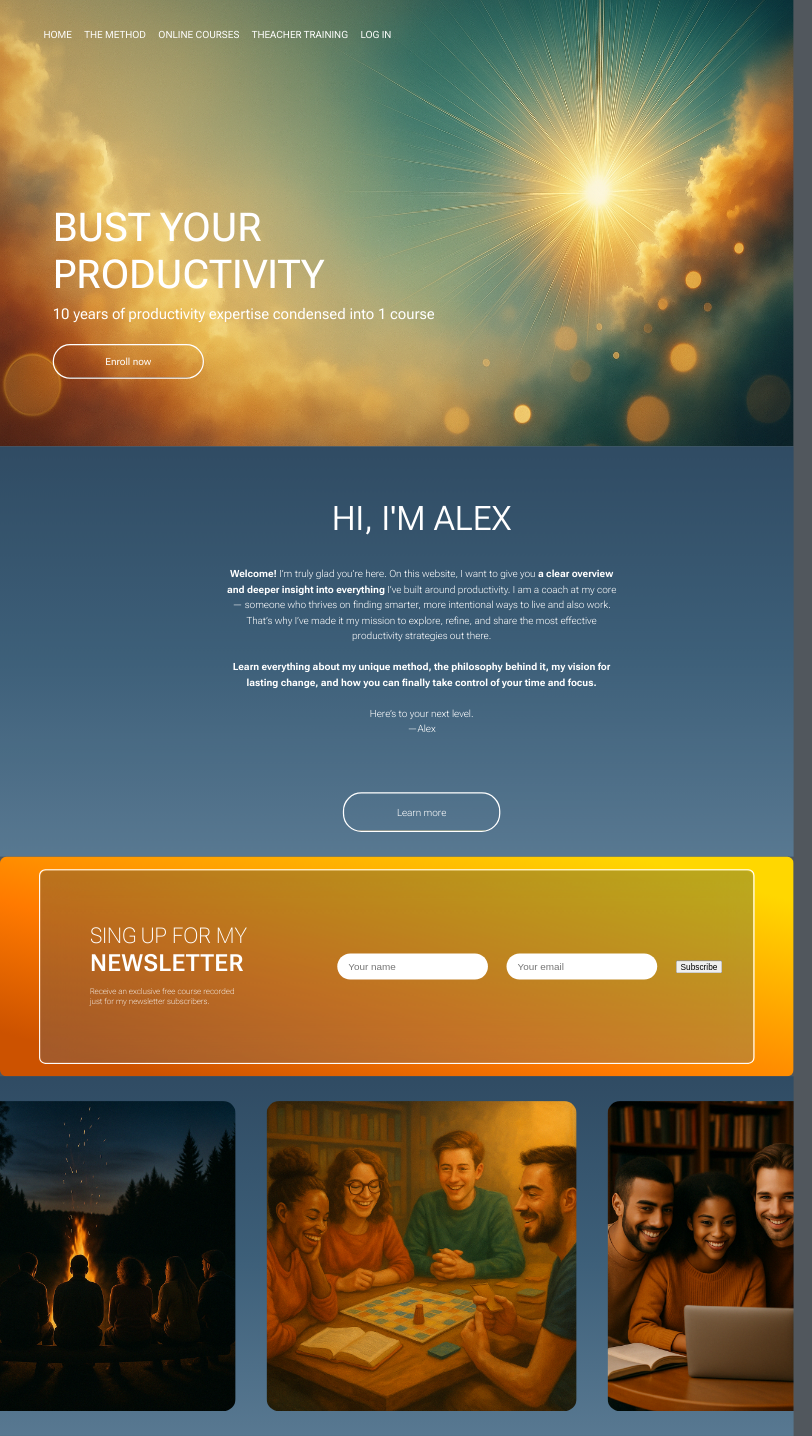
Repository: Parnicoza/testecomplete
Page: Productivity.copie.html
An editor plug-in stored every save of this project. The page is shown before and after the next save, followed by the edit.
The browser window is 1280 px wide. The page is 1310 px wide, so the pictures cover 1310 px, including what lies to the right of the window. The pictures show the whole page, at 62% of full size.

Above is the page before, as saved 2025-05-30 16:26:49.

### Productivity.copie.html
<!DOCTYPE html>
<html lang="en">

<head>
    <meta charset="utf-8">
    <title>Productivity</title>
    <link rel="stylesheet" href="stilizaretestcomplet-14.css">
    <link rel="icon" href="imaginitestecomplete/dashboard.ico">
    <link rel="stylesheet" href="peoductivitate.css">
    <meta name="viewport" content="width=device-width, initial-scale=1.0">
    <meta charset="UTF-8">
    <link rel="preconnect" href="https://fonts.googleapis.com">
    <link rel="preconnect" href="https://fonts.gstatic.com" crossorigin>
    <link href="https://fonts.googleapis.com/css2?family=Roboto+Flex:opsz,wght@8..144,100..1000&display=swap"
        rel="stylesheet">
</head>

<body>
    <header>
        <nav>
            <ul class="nav-links">
                <li><a href="">HOME</a></li>
                <li><a href="">THE METHOD </a></li>
                <li><a href="">ONLINE COURSES</a></li>
                <li><a href="">THEACHER TRAINING</a></li>
                <li><a href="">LOG IN</a></li>
            </ul>
        </nav>
    </header>
    <div class="hero-section">
        <!--Acest div este pentru a separa, cu un background , the intro of the page ,cum ar venii , fata de restul paginii-->
        <figure>
            <h1 class="main-heading-pentru-productivity"> Bust Your <br>
                Productivity</h1>
            <figcaption class="caption-for-the-heading">10 years of productivity expertise condensed into 1 course
            </figcaption>
            <a class="button" href="https://www.maltemartenmethod.com/" target="_blank"><span>Enroll now</span></a>
        </figure>
    </div>

    <div class="background-after-hero"
        style="background: linear-gradient(to bottom, #1e3c56, #2c516d, #4a6d88), rgba(255, 255, 255, 0.08); background-blend-mode: overlay; padding: 40px; margin-top: 0;">
        <div class="HIIAMALEX">
            <h2>HI, I'M ALEX</h2>
            <p>
                <b>Welcome!</b> I’m truly glad you’re here. On this website, I want to give you <b>a clear overview and
                    deeper insight into everything</b> I’ve built around productivity. I am a coach at my core — someone
                who thrives on finding smarter, more intentional ways to live and also work. That’s why I’ve made it my
                mission to explore, refine, and share the most effective productivity strategies out there.<br>

                <br><b>Learn everything about my unique method, the philosophy behind it, my vision for lasting change,
                    and how you can finally take control of your time and focus.</b><br>

                <br>Here’s to your next level.<br>
                —Alex
                <a class="learn-more-btn" href="https://www.maltemartenmethod.com/"><span>Learn more</span></a>
            </p>
        </div>
    </div>

    <div class="newsletter"><!--ACESTA ESTE BACKROUND-UL , DIN SPATE , CEL CU ROSU-->
        <div class="newsletter-text"><!--ACESTA ESTE BORDERUL/BACKGROUND-UL CU BORDER-->
            <div class="newsletter-overlay"></div>
            <div class="text">
                <!--ACEST DIV ESTE PENTRU TEXTUL PROPRIU ZIS , AICI PUN TEXTUL SI MA OC CU PROPRIETATILE LUI-->
                <p class="singup">
                    SING UP FOR MY<br>
                    <span class="span">NEWSLETTER</span><br>
                    <span style="font-size: small; display: inline-block;margin-top: 15px;">
                        Receive an exclusive free course recorded<br>
                        just for my newsletter subscribers.
                    </span>
                </p>
                <form class="newsletter-form-row">
                    <input type="text"  placeholder="Your name" required>
                    <input type="email" placeholder="Your email" required>
                    <button type="submit">Subscribe</button>
                </form>
            </div>
        </div>
    </div>

    <div class="COURSES-background">
        <div class="imaginidesprecurs">
            <a href="#"><!--AICI TREBUIE SA PUN LINKUL CARTRE VIITOAREA PAGINA--><img src="imaginitestecomplete/campfire.png" alt="Campfire Image" class="modificariimaginidecurs scroll-appear"></a><!--TREBUIE CA FIECARE IMAGINE SA DUCA LA O PAGINA NOUA-->
            <a href="#"><!--AICI TREBUIE SA PUN LINKUL CARTRE VIITOAREA PAGINA--><img src="imaginitestecomplete/fungames.png" alt="Fun Games Image" class="modificariimaginidecurs scroll-appear"></a><!--TREBUIE CA FIECARE IMAGINE SA DUCA LA O PAGINA NOUA-->
            <a href="#"><!--AICI TREBUIE SA PUN LINKUL CARTRE VIITOAREA PAGINA--><img src="imaginitestecomplete/oameniinbiblioteca.png" alt="People in Library Image" class="modificariimaginidecurs scroll-appear"></a><!--TREBUIE CA FIECARE IMAGINE SA DUCA LA O PAGINA NOUA-->
        </div>

    </div>
    <script>
        const observer = new IntersectionObserver((entries) => {
          entries.forEach(entry => {
            if (entry.isIntersecting) {
              entry.target.classList.add('show');
            }
          });
        }, {
          threshold: 0.1
        });

        document.querySelectorAll('.scroll-appear').forEach(el => observer.observe(el));
      </script>
</body>

</html>

### stilizaretestcomplet-14.css
body{
    background-color:#51575D;
}

.main-heading{
    text-align: center;
    text-transform: uppercase;
    text-shadow: 15px 15px 15px black;
    font-size: 3.5em;
    color: black;
}

.background-for-the-heading{
    background: linear-gradient(to right, #5B6770, #9CAEBF);
    margin: 20px;
    padding: 5px;
    border-radius: 10px;
    margin-left: 170px;
}

.thesamebackground{
    background-color: rgba(91, 103, 112, 0.6) ;
    margin-left: 170px;
    margin-top: 50px;
    text-align: center;
    padding: 10px;
    border-radius: 10px;
    box-shadow: 5px 5px 15px black;
    margin-right: 20px;
}

.paragraph-gradient{
    color: #ffff;
    font-size: 2em;
    -webkit-text-stroke: 0.7px black;
    text-align: center;
}

.quote{
    border: 1px dotted black;
    padding: 10px;
    margin-left: 150px;
}

.divider{
    border: none;
    height: 4px;
    background-color: lightgray;
    border: 3px dotted black;
    margin: 14px;
    margin-left: 150px;
}

.image{
    border-radius: 5px;
    box-shadow: 5px 5px 15px black;
    display: block;
    margin: 0 auto;
}

.picture{
    margin-left: 160px;
}

.Dashboard{
    display: flex;
}

.sidebar{
    display: flex;
    flex-direction: column;
   width: 140px;
   position: fixed;
   left: 0;
   top: 0;
   height: 96vh;
   justify-content: center;
   margin: 20px;
   background-color: #6A747D;
    border-radius: 10px;
    box-shadow: -5px -5px 15px black;

}

.list{
    list-style-type: none;
    display: flex;
    flex-direction: column;
    gap: 30px;
    padding: 0;
    margin-left: 10px;
}

.container{
    margin-left: 160px;
}

.divimage{
    display: block;
    margin-left: 160px;
    margin-top: 50px;

}

.figcaption{
    font-style: italic;
    font-weight: bold;
    margin: 20px;
}

.home{
    color: black;
}

.BLOCKS{
    display: flex;
    flex-direction: row;
    justify-content: space-evenly;
    gap: 20px;
}
.blocks{
    display: flex;
    flex-direction: column;
    justify-content: space-evenly;
    width: 350px;
    margin-left: 170px;
    background-color: rgba(91, 103, 112, 0.6);
    box-shadow: 5px 5px 15px black;
    border-radius: 10px;
    padding: 10px;
    margin-right: 20px;
}

.blocks2{
    display: flex;
    flex-direction: column;
    justify-content: space-evenly;
    width: 350px;
    background-color: rgba(91, 103, 112, 0.6);
    box-shadow: 5px 5px 15px black;
    border-radius: 10px;
    padding: 10px;
    margin-right: 20px;
}

.blocks3{
    display: flex;
    flex-direction: column;
    justify-content: space-evenly;
    width: 350px;
    background-color: rgba(91, 103, 112, 0.6);
    box-shadow: 5px 5px 15px black;
    border-radius: 10px;
    padding: 10px;
    margin-right: 20px;
}
.headingforblock{
    text-align: left;
    text-transform: uppercase;
    font-weight: bold;
    color: black;
    display: flex;
}

.paragraph-gradient1{
    color: #ffff;
    -webkit-text-stroke: 0.6px black;
    font-size: 25px;
    text-align: center;
}

.footer{
    margin-left: 170px;
}

.social-media{
    display: flex;
    flex-direction: row;
    justify-content: space-evenly;
    gap: 20px;
    margin-top: 250px;
}
.ul{
    list-style-type: none;
    display: flex;
    flex-direction: row;
    gap: 20px;
    padding: 0;
}

.footer-text{
    color: white;
    font-size: smaller;
    text-align: center;
    margin: 0 auto;
    width: 650px;
}

.Disclaimer{
    color: white;
    font-size: large;
}

.ifarme{
    margin-left: 160px;
    margin-top: 10px;
}

### peoductivitate.css
html,body{overflow-x:hidden;}
body{
    font-family: "Roboto Flex", sans-serif;
    margin: 0;
}

.hero-section{
    height: 100vh;
    display: flex;
    align-items: center;
    background-image: url('imaginitestecomplete/sky.png');
    background-position: center;
    background-size: cover;
    background-repeat: no-repeat;
    /* A RAMAS SA PUN BACKGROUND */
    background-size: cover;
    background-position: center;
    background-repeat: no-repeat;
    margin-bottom: 0;
    width: 100%;
}

.background-after-hero {
    background: linear-gradient(to bottom, #1e3c56, #2c516d, #4a6d88), rgba(255, 255, 255, 0.08);
    background-blend-mode: overlay;
    padding: 40px;
    margin-top: 0;
    min-height: 60vh;
    width: 100%;
    overflow-x: hidden;

}

nav{
    position: absolute;
    width: 100%;
    z-index: 1000;
    margin: 30px;
}

.nav-links{
    list-style-type: none;
    display: flex;
    justify-content: flex-start;
    gap: 20px;
}

.nav-links li a{
    text-decoration: none;
    color: white;
}

.main-heading-pentru-productivity{
    text-transform: uppercase;
    font-size: 4rem;
    color: white;
    text-align: left;
    line-height: 1.2em;
    margin-top: 220px;
    margin-left: 45px;
    margin-bottom: 10px;
    font-weight: 450;
}

.caption-for-the-heading{
    display: inline-block;
    text-align: left;
    margin-left: 45px;
    font-size: x-large;
    color: white;
}

.HIIAMALEX{
    color: white;
    text-align: center;
}

.HIIAMALEX h2{
    font-weight: 330;
    font-size: 3.4em;
}

.HIIAMALEX p{
    font-weight: 200;
    width: 50%;
    text-align: center;
    margin: 0 auto;
    line-height: 25px;
}

.button{
    background: transparent;
   border: 2px solid white;
    border-radius: 30px;
    display: flex;
    justify-content: center;
    align-items: center;
    text-align: center;
    width: 240px;
    height: 52px;
    margin-top: 35px;
    margin-left: 45px;
    color: white;
    text-decoration: none;
    position: relative;
    overflow: hidden;
    z-index: 1;
}

.button::before {
    content: "";
    position: absolute;
    bottom: -100%;         /* de jos, complet ascuns la început */
    left: 0;
    width: 100%;
    height: 100%;
    background: linear-gradient(to bottom, #1e3c56, #2c516d, #4a6d88), rgba(255, 255, 255, 0.08);
    transition: bottom 0.4s ease;
    z-index: 0;
}
.button:hover::before {
    bottom: 0;  /* se ridică complet peste buton */
}
.button span {
    position: relative;
    z-index: 2;
}

.learn-more-btn{
    background: transparent;
    border: 2px solid white;
    border-radius: 30px;
    display: flex;
    align-items: center;
    justify-content: center;
    text-align: center;
    width: 250px;
    height: 60px;
    margin: 0 auto;
    position: relative;
    overflow: hidden;
    z-index: 1;
    color: white;
    text-decoration: none;
    margin-top: 90px;
}

.learn-more-btn::before{
    content: "";
    position: absolute;
    bottom: -100%;         /* de jos, complet ascuns la început */
    left: 0;
    width: 100%;
    height: 100%;
    background: linear-gradient(to top right, #cc5200 10%, #ff7a00 40%, #ffd700 90%);
    transition: bottom 0.4s ease;
    z-index: 0;
}

.learn-more-btn:hover::before{
    bottom: 0;  /* se ridică complet peste buton */
}

.learn-more-btn span{
    position: relative;
    z-index: 2;
}

.newsletter{
    background: linear-gradient(to top right, #cc5200 10%, #ff7a00 40%, #ffd700 90%);
    min-height: 45vh;
    display: flex;
    justify-content: center;
    align-items: center;
    flex-direction: column;
    width: 100%;
    border-radius: 10px;
}
.singup {
    color: white;
    font-size: 35px;
    font-weight: 100;
    text-align: left;
    margin-left: 30px;
    line-height: 1.2;
}
.span {
    display: inline-block;
    font-weight: 600;
    width: 250px;
    text-align: left;
    font-size: 38px;
    letter-spacing: 0.5px;
}

.newsletter-text{
    border: 2px solid white;
    width: 90%;
    max-width: 1150px;
    margin: 20px auto;
    position: relative;
    border-radius: 10px;
    margin: 20px auto;
}
.text {
    margin: 50px;
    position: relative;
    z-index: 2;
    display: flex;
    align-items: center;
    justify-content: center;
    gap: 40px;
}
/* keep paragraph and form widths responsive */
.singup{
    flex: 1 1 50%;
}
.newsletter-form-row{
    flex: 0 0 auto;
}

@media (max-width: 800px){
    .text{
        flex-direction: column;
        align-items: flex-start;
        gap: 20px;
    }
}
.newsletter-overlay{
    position: absolute;
    top: 0;
    left: 0;
    width: 100%;
    height: 100%;
    background: linear-gradient(
      to bottom,
      rgba(30, 60, 86, 0.3),
      rgba(44, 81, 109, 0.3),
      rgba(74, 109, 136, 0.3)
    );
    backdrop-filter: blur(30px);
    border-radius: 4px;
    z-index: 0;
    border-radius: 10px;
}

.newsletter-form-row{
    display: flex;
    align-items: center;
    justify-content: space-between;
    gap: 30px;
}
form {
    display: flex;
    gap: 20px;
  }

  form input {
    padding: 12px 18px;
    border-radius: 25px;
    border: none;
    background-color: white;
    color: #333;
    font-size: 16px;
  }
  form input:focus {
    outline: none;
    box-shadow: 0 0 0 2px #ffa50044;
  }
  .explore-courses{
    background: linear-gradient(to bottom, #1e3c56, #2c516d, #4a6d88), rgba(255, 255, 255, 0.08);
    display: flex;
    justify-content: center;
    flex-direction: column;
    align-items: center;
    min-height: 100vh;
  }

  .explore-courses-text{
    width: 50%;
    text-align: center;
    color: white;
    margin: 0 auto;
    line-height: 25px;
    font-weight: 200;
    margin-top: 45.152px;
  }

  .explore-courses h2{
    font-weight: 330;
    font-size: 3.4em;
    color: white;
    text-align: center;
}

.course-cards{
    display: flex;
    align-items: center;
    justify-content: space-evenly;
    gap: 100px;
    margin: auto;
    margin-top: 50px;
}

.borderfortheimages{
    border-radius: 25px;
}
.scroll-appear {
    opacity: 0;
    transform: translateY(-30px);
    transition: opacity 1.5s ease, transform 1.5s ease;
}

.scroll-appear.show {
    opacity: 1;
    transform: translateY(0);
}

.join-btn {
    margin-top: 50px;      /* pushes the button down a bit */
    margin-bottom: 40px;   /* optional bottom spacing */
}

.COURSES-background{
    background: linear-gradient(to bottom, #1e3c56, #2c516d, #4a6d88), rgba(255, 255, 255, 0.08);
    background-blend-mode: overlay;
    display: flex;
    flex-direction: row;
    align-items: center;
    justify-content: center;
    padding: 40px;
    margin-top: 0;
    min-height: 60vh;
    width: 100%;
    overflow-x: hidden;
    gap : 20px;
}

.imaginidesprecurs{
    display: flex;
    gap: 50px;
}

.modificariimaginidecurs{
    display: block;
    width: 500px;
    height: 500px;
    border-radius: 20px;
    transition: transform 0.4s ease, box-shadow 0.4s ease;
    transform-style: preserve-3d;
}

.modificariimaginidecurs:hover {
    transform: scale(1.03) translateY(-25px);
    box-shadow: 0 35px 45px rgba(0, 0, 0, 0.5), 0 0 15px rgba(255, 255, 255, 0.2);
}


.scroll-appear {
    opacity: 0;
    transform: translateY(-30px);
    transition: opacity 1s ease, transform 1.5s ease;
}

.scroll-appear.show {
    opacity: 1;
    transform: translateY(0);
}

After the next save:
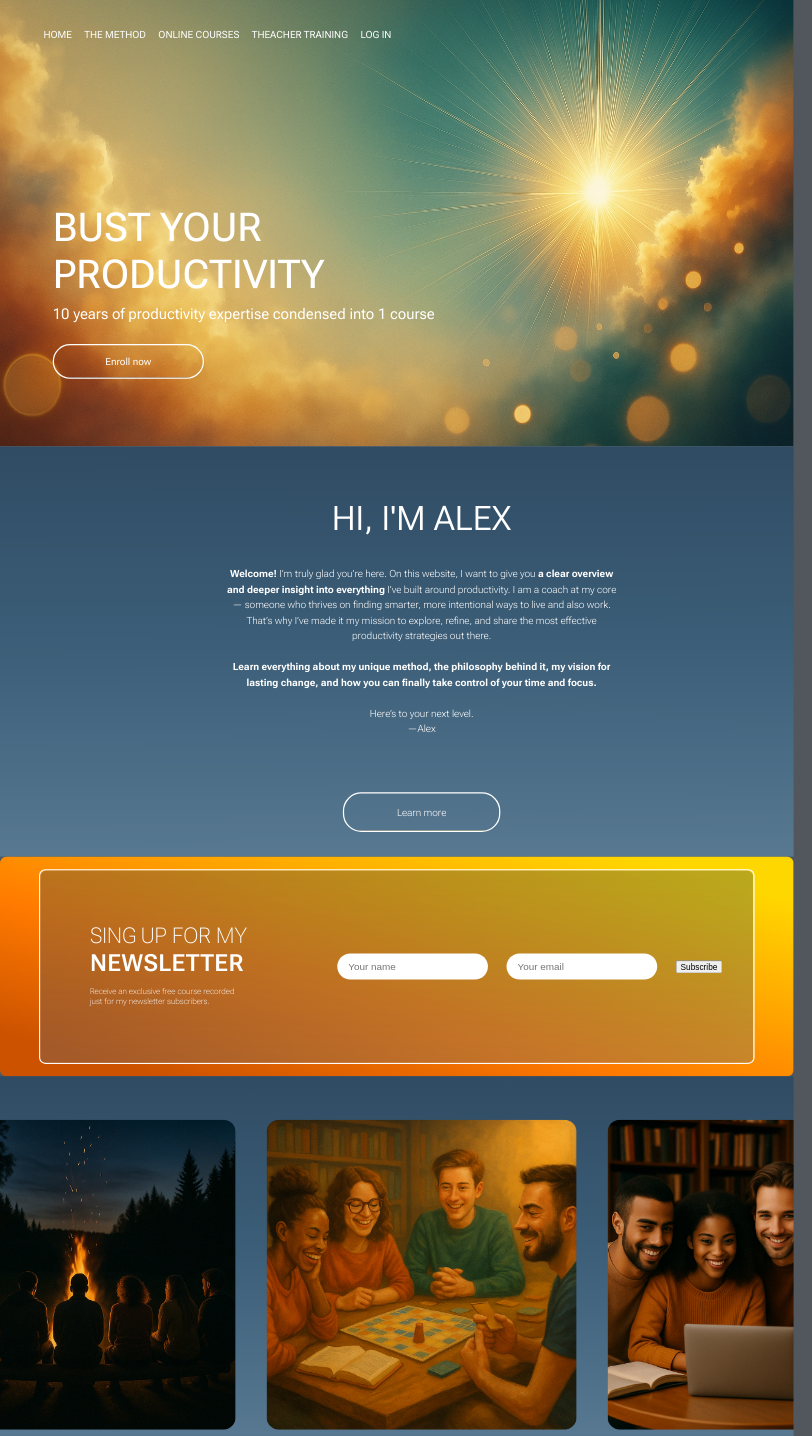
Saved 89 s later.
--- a/peoductivitate.css
+++ b/peoductivitate.css
@@ -305,15 +305,15 @@ form {
 .borderfortheimages{
     border-radius: 25px;
 }
+/* Updated scroll-appear effect to avoid transform conflict with hover */
 .scroll-appear {
     opacity: 0;
-    transform: translateY(-30px);
+    transform: translateY(30px);
     transition: opacity 1.5s ease, transform 1.5s ease;
 }
 
 .scroll-appear.show {
     opacity: 1;
-    transform: translateY(0);
 }
 
 .join-btn {
@@ -356,13 +356,13 @@ form {
 }
 
 
+/* Updated scroll-appear effect to avoid transform conflict with hover */
 .scroll-appear {
     opacity: 0;
-    transform: translateY(-30px);
-    transition: opacity 1s ease, transform 1.5s ease;
+    transform: translateY(30px);
+    transition: opacity 1.5s ease, transform 1.5s ease;
 }
 
 .scroll-appear.show {
     opacity: 1;
-    transform: translateY(0);
-}
+}
